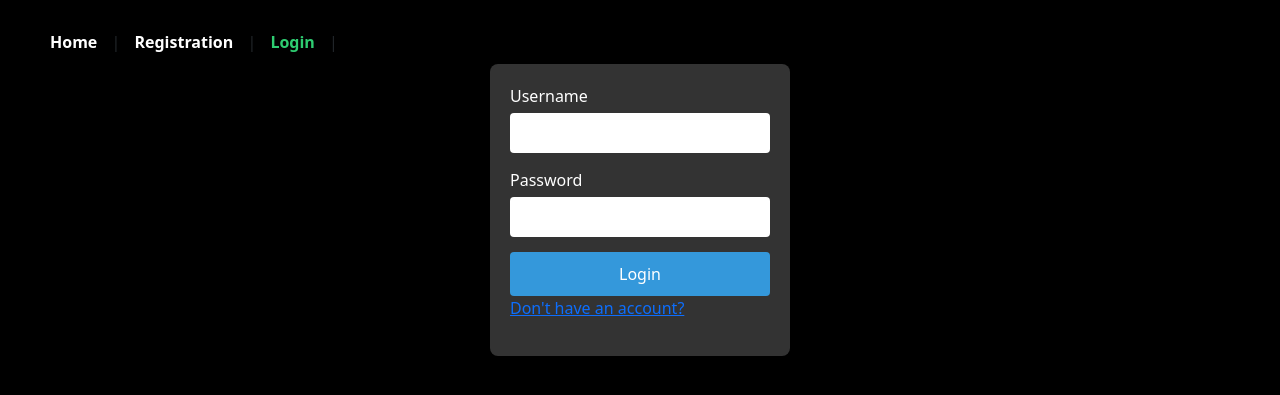
Repository: ag1372/RutgersHealthHackathon
Page: /login (app in ruhealthhack/)
An editor plug-in stored every save of this project. The page is shown before and after the next save, followed by the edit.
The browser window is 1280 px wide. The pictures show the whole page.
The project was rebuilt for these pictures with package versions that can differ from the ones it lists, and the page was loaded fresh each time. Also part of the build but not shown: ruhealthhack/vue.config.js, ruhealthhack/views/Home.vue, ruhealthhack/views/Registration.vue.

Above is the page before, as saved 2023-11-04 17:55:18.

After the next save:
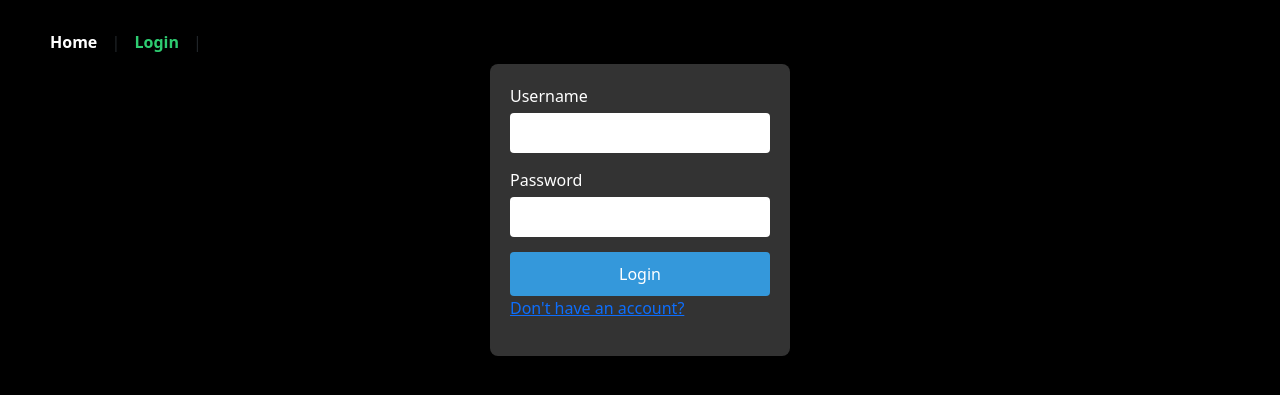
Saved 103 s later.
--- a/ruhealthhack/src/App.vue
+++ b/ruhealthhack/src/App.vue
@@ -2,7 +2,7 @@
 
   <nav>
       <router-link to="/"> Home </router-link> |
-      <router-link to="/registration">Registration</router-link> |
+      <!-- <router-link to="/registration">Registration</router-link> | -->
       <router-link to="/login">Login</router-link> |
   </nav>
     <router-view></router-view>
